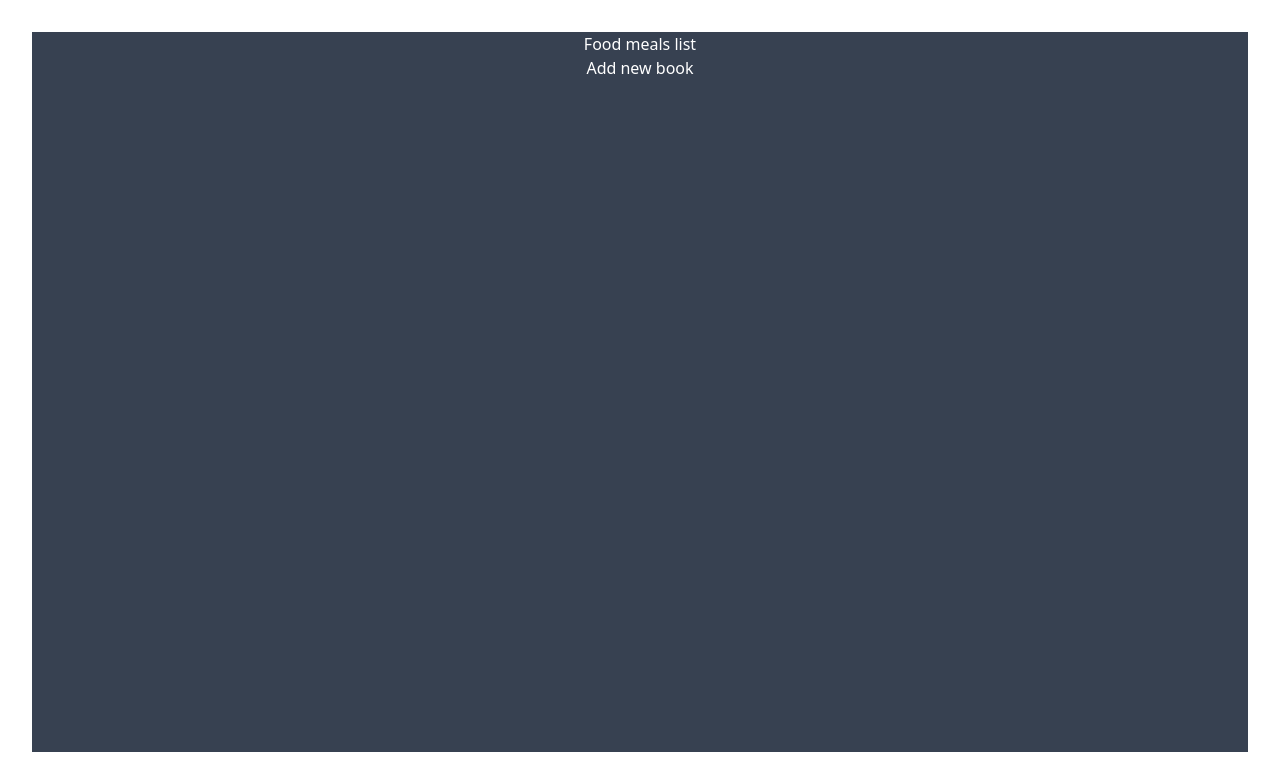
Repository: Vasil1001/fullstack-nutrition-tracker
Page: / (app in frontend/)
An editor plug-in stored every save of this project. The page is shown before and after the next save, followed by the edit.
The browser window is 1280 px wide. The pictures show the whole page.
The page's requests for data from a server got no answer. The project was rebuilt for these pictures with package versions that can differ from the ones it lists, and the page was loaded fresh each time. No one was signed in, and anything a server would have sent is missing. Also part of the build but not shown: frontend/vite.config.js, frontend/src/pages/Add.jsx, frontend/src/pages/Update.jsx.

Above is the page before, as saved 2023-05-21 16:06:54.

### frontend/src/App.jsx
import { useState } from 'react'
import reactLogo from './assets/react.svg'
import viteLogo from '/vite.svg'
import './App.css'
import { BrowserRouter, Routes, Route } from 'react-router-dom'
import Books from './pages/Books'
import Add from './pages/Add'
import Update from './pages/Update'

function App() {

  return (
    <div className="bg-gray-700 min-h-screen">
      <BrowserRouter>
        <Routes>
          <Route path='/' element={<Books />} />
          <Route path='/add' element={<Add />} />
          <Route path='/update' element={<Update />} />
        </Routes>
      </BrowserRouter>
    </div>
  )
}

export default App

### frontend/src/pages/Books.jsx
import axios, { Axios } from 'axios'
import React, { useEffect, useState } from 'react'
import { Link } from 'react-router-dom'

export default function Books() {
  const [books, setBooks] = React.useState([])

  //   const fetchBooks = async () => {
  //     const response = await fetch('http://localhost:8080/books')
  //     const data = await response.json()
  //     setBooks(data)
  //     console.log(data)
  //   }

  useEffect(() => {
    async function fetchAllBooks() {
      try {
        const response = await axios.get('http://localhost:8080/books')
        setBooks(response.data)
        console.log(response)
      } catch (error) {
        console.log(error)
      }
    }
    fetchAllBooks()
  }, [])

  return (
    <div className="text-white flex flex-col justify-center ">
      <h1>Food meals list</h1>
      <div className="flex flex-col justify-center">
        {books.map((book) => (
          <div className="book" key={book.id}>
            <h1>{book.title}</h1>
            {book.cover && <img src={book.cover} alt={book.title} />}
            <p>{book.desc}</p>
            <span>{book.price}</span>
          </div>
        ))}
      </div>
      <button><Link to="/add">Add new book</Link></button>
    </div>
  )
}

### frontend/tailwind.config.js
/** @type {import('tailwindcss').Config} */
export default {
  content: [
    "./index.html",
    "./src/**/*.{js,ts,jsx,tsx}",
  ],
  theme: {
    extend: {},
  },
  plugins: [require("tailwindcss-animate")],
}

Loaded but not shown: frontend/index.html (common file); frontend/src/main.jsx (common file); frontend/src/index.css (common file); frontend/src/App.css (common file)

After the next save:
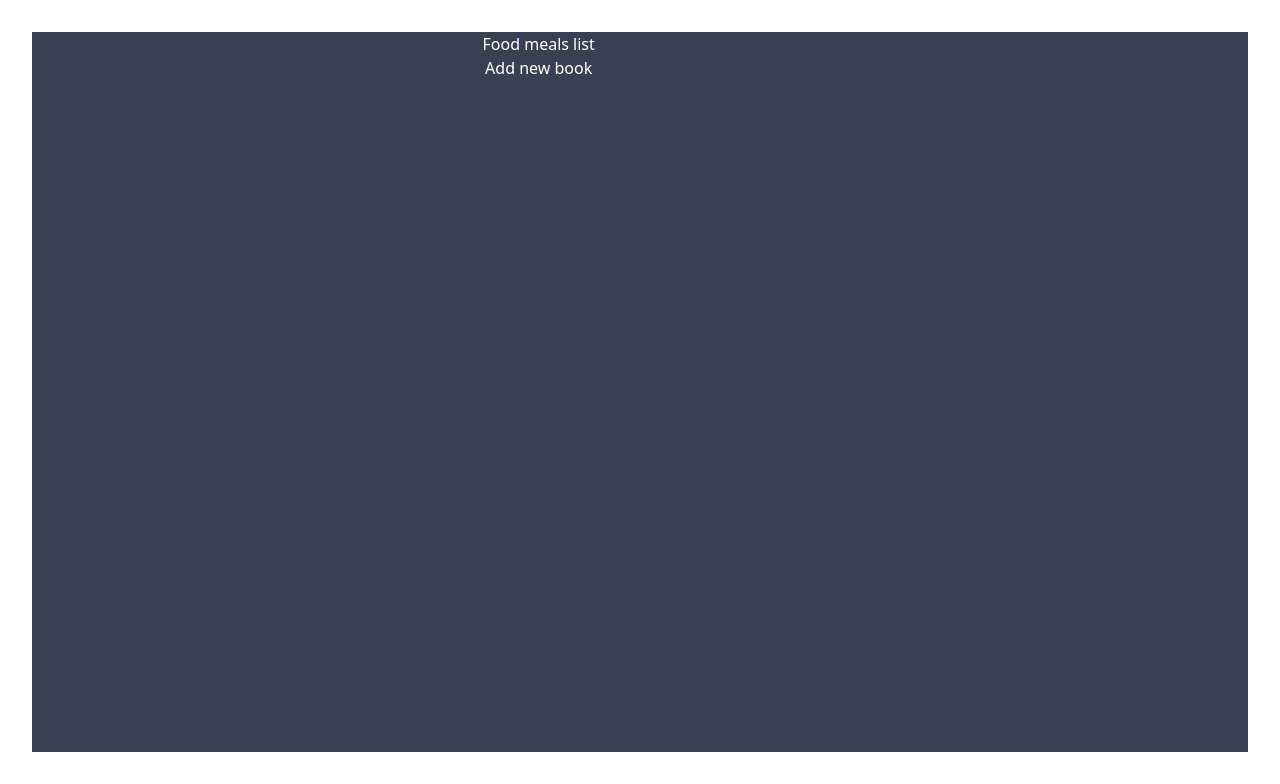
Saved 4 s later.
--- a/frontend/src/pages/Books.jsx
+++ b/frontend/src/pages/Books.jsx
@@ -26,7 +26,7 @@
   }, [])
 
   return (
-    <div className="text-white flex flex-col justify-center ">
+    <div className="text-white flex flex-col justify-center w-10/12">
       <h1>Food meals list</h1>
       <div className="flex flex-col justify-center">
         {books.map((book) => (

After the save that followed:
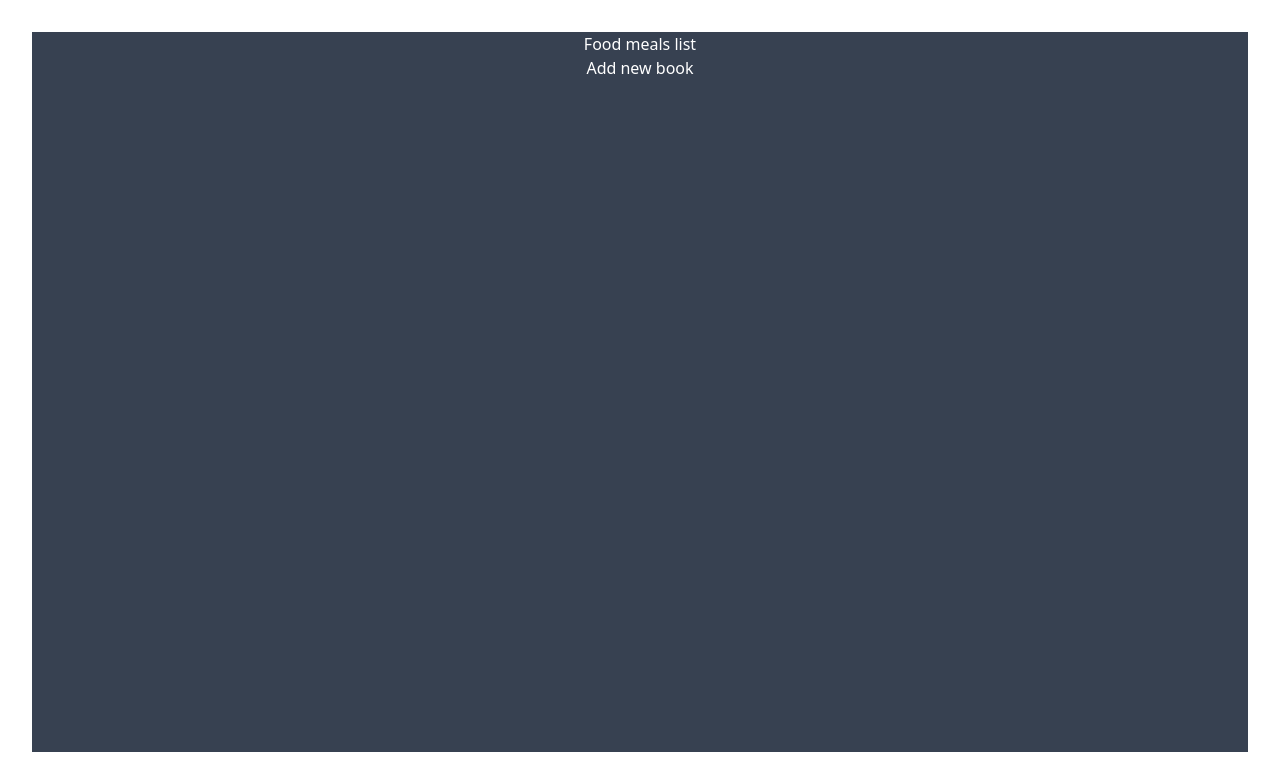
Saved 4 s later.
--- a/frontend/src/pages/Books.jsx
+++ b/frontend/src/pages/Books.jsx
@@ -26,7 +26,7 @@
   }, [])
 
   return (
-    <div className="text-white flex flex-col justify-center w-10/12">
+    <div className="text-white flex flex-col justify-center max-w-10/12">
       <h1>Food meals list</h1>
       <div className="flex flex-col justify-center">
         {books.map((book) => (
